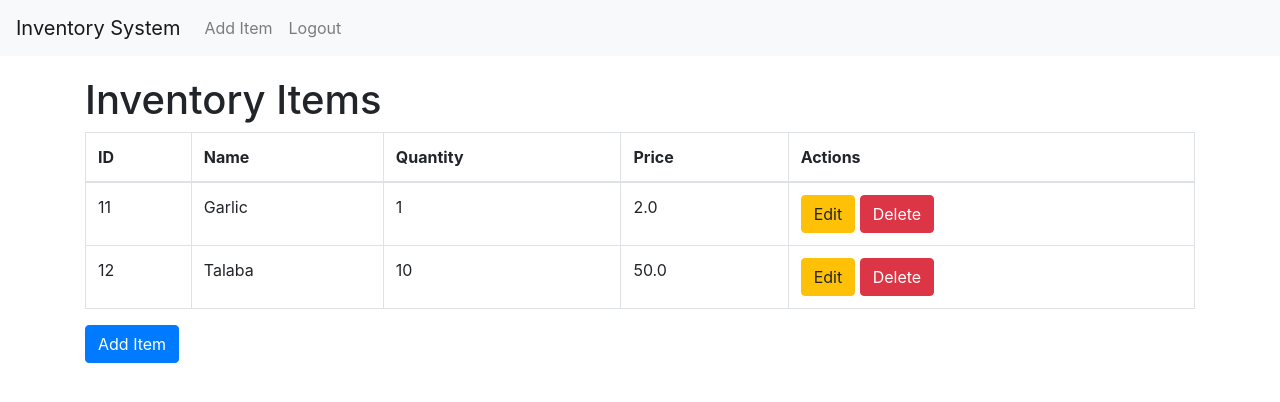
Repository: Stoldark/PLMUN
Page: http://localhost/
An editor plug-in stored every save of this project. The page is shown before and after the next save, followed by the edit.
The browser window is 1280 px wide. The pictures show the whole page.
The page is served by the project's application, run on Flask 3 (tempCodeRunnerFile.py). The user the application loads for id 1 is signed in. The page reads the database file committed with the project.

Above is the page before, as saved 2024-09-22 18:06:25.

### templates/index.html
{% extends "base.html" %}

{% block title %}Inventory Items{% endblock %}

{% block content %}
    <h1>Inventory Items</h1>
    <table class="table table-bordered">
        <thead>
            <tr>
                <th>ID</th>
                <th>Name</th>
                <th>Quantity</th>
                <th>Price</th>
                <th>Actions</th>
            </tr>
        </thead>
        <tbody>
            {% for item in items %}
            <tr>
                <td>{{ item.id }}</td>
                <td>{{ item.name }}</td>
                <td>{{ item.quantity }}</td>
                <td>{{ item.price }}</td>
                <td>
                    <a href="{{ url_for('edit_item', id=item.id) }}" class="btn btn-warning">Edit</a>
                    <form action="{{ url_for('delete_item', id=item.id) }}" method="post" style="display:inline;">
                        <button type="submit" class="btn btn-danger">Delete</button>
                    </form>
                </td>
            </tr>
            {% endfor %}
        </tbody>
    </table>
    <a href="{{ url_for('add_item') }}" class="btn btn-primary">Add Item</a>
{% endblock %}

### templates/base.html
<!DOCTYPE html>
<html lang="en">
<head>
    <meta charset="UTF-8">
    <meta name="viewport" content="width=device-width, initial-scale=1.0">
    <title>{% block title %}My Inventory System{% endblock %}</title>
    <link rel="stylesheet" href="https://maxcdn.bootstrapcdn.com/bootstrap/4.5.2/css/bootstrap.min.css">
    <style>
        body {
            padding-top: 56px;
        }
        .container {
            margin-top: 20px;
        }
    </style>
</head>
<body>
    <nav class="navbar navbar-expand-lg navbar-light bg-light fixed-top">
        <a class="navbar-brand" href="{{ url_for('index') }}">Inventory System</a>
        <div class="collapse navbar-collapse">
            <ul class="navbar-nav mr-auto">
                {% if current_user.is_authenticated %}
                    <li class="nav-item">
                        <a class="nav-link" href="{{ url_for('add_item') }}">Add Item</a>
                    </li>
                    <li class="nav-item">
                        <a class="nav-link" href="{{ url_for('logout') }}">Logout</a>
                    </li>
                {% else %}
                    <li class="nav-item">
                        <a class="nav-link" href="{{ url_for('login') }}">Login</a>
                    </li>
                    <li class="nav-item">
                        <a class="nav-link" href="{{ url_for('register') }}">Register</a>
                    </li>
                {% endif %}
            </ul>
        </div>
    </nav>

    <div class="container">
        {% with messages = get_flashed_messages(with_categories=true) %}
            {% if messages %}
                {% for category, message in messages %}
                    <div class="alert alert-{{ category }}">{{ message }}</div>
                {% endfor %}
            {% endif %}
        {% endwith %}

        {% block content %}{% endblock %}
    </div>

    <script src="https://code.jquery.com/jquery-3.5.1.slim.min.js"></script>
    <script src="https://cdn.jsdelivr.net/npm/@popperjs/core@2.11.6/dist/umd/popper.min.js"></script>
    <script src="https://maxcdn.bootstrapcdn.com/bootstrap/4.5.2/js/bootstrap.min.js"></script>
</body>
</html>

### tempCodeRunnerFile.py
from flask import Flask, render_template, request, redirect, session, url_for, flash, jsonify
from flask_wtf import FlaskForm
from wtforms import StringField, PasswordField, SubmitField
from wtforms.validators import DataRequired, Length
from flask_bcrypt import Bcrypt
from flask_login import LoginManager, UserMixin, login_user, logout_user, login_required, current_user
import sqlite3
import os

# Initialize Flask app
app = Flask(__name__)

# Set the secret key for session management
app.config['SECRET_KEY'] = 'your_secret_key'  # Change this to a secure key

# Initialize extensions
bcrypt = Bcrypt(app)
login_manager = LoginManager(app)
login_manager.login_view = 'login'

# Database connection function
def get_db_connection():
    conn = sqlite3.connect('inventory.db')
    conn.row_factory = sqlite3.Row
    return conn

# User model for Flask-Login
class User(UserMixin):
    def __init__(self, id, username, role):
        self.id = id
        self.username = username
        self.role = role

# User loader for Flask-Login
@login_manager.user_loader
def load_user(user_id):
    conn = get_db_connection()
    user = conn.execute('SELECT * FROM users WHERE id = ?', (user_id,)).fetchone()
    conn.close()
    if user:
        return User(user['id'], user['username'], user['role'])
    return None

# Registration form
class RegistrationForm(FlaskForm):
    username = StringField('Username', validators=[DataRequired(), Length(min=4, max=25)])
    password = PasswordField('Password', validators=[DataRequired(), Length(min=6, max=35)])
    role = StringField('Role', validators=[DataRequired()])
    submit = SubmitField('Register')

# Login form
class LoginForm(FlaskForm):
    username = StringField('Username', validators=[DataRequired()])
    password = PasswordField('Password', validators=[DataRequired()])
    submit = SubmitField('Login')

# Route to show inventory items
@app.route('/')
@login_required
def index():
    conn = get_db_connection()
    items = conn.execute('SELECT * FROM items').fetchall()
    conn.close()
    return render_template('index.html', items=items)

# Route to add an item
@app.route('/add', methods=('GET', 'POST'))
@login_required
def add_item():
    if request.method == 'POST':
        name = request.form['name']
        quantity = request.form['quantity']
        price = request.form['price']

        conn = get_db_connection()
        conn.execute('INSERT INTO items (name, quantity, price) VALUES (?, ?, ?)',
                     (name, quantity, price))
        conn.commit()
        conn.close()

        return redirect('/')
    return render_template('add.html')

# Route to edit an item
@app.route('/edit/<int:id>', methods=('GET', 'POST'))
@login_required
def edit_item(id):
    conn = get_db_connection()
    item = conn.execute('SELECT * FROM items WHERE id = ?', (id,)).fetchone()

    if request.method == 'POST':
        name = request.form['name']
        quantity = request.form['quantity']
        price = request.form['price']
        conn.execute('UPDATE items SET name = ?, quantity = ?, price = ? WHERE id = ?',
                     (name, quantity, price, id))
        conn.commit()
        conn.close()
        return redirect('/')

    conn.close()
    return render_template('edit.html', item=item)

# Route to delete an item
@app.route('/delete/<int:id>', methods=['POST'])
@login_required
def delete_item(id):
    conn = get_db_connection()
    conn.execute('DELETE FROM items WHERE id = ?', (id,))
    conn.commit()
    conn.close()
    return redirect('/')

# Registration route
@app.route('/register', methods=['GET', 'POST'])
def register():
    form = RegistrationForm()
    if form.validate_on_submit():
        username = form.username.data
        password = bcrypt.generate_password_hash(form.password.data).decode('utf-8')
        role = form.role.data

        conn = get_db_connection()
        conn.execute('INSERT INTO users (username, password, role) VALUES (?, ?, ?)',
                     (username, password, role))
        conn.commit()
        conn.close()

        flash('Registration successful! You can now log in.')
        return redirect(url_for('login'))
    return render_template('register.html', form=form)

# Login route
@app.route('/login', methods=['GET', 'POST'])
def login():
    form = LoginForm()
    if form.validate_on_submit():
        username = form.username.data
        password = form.password.data

        conn = get_db_connection()
        user = conn.execute('SELECT * FROM users WHERE username = ?', (username,)).fetchone()
        conn.close()

        if user and bcrypt.check_password_hash(user['password'], password):
            login_user(User(user['id'], user['username'], user['role']))
            return redirect('/')
        else:
            flash('Login Unsuccessful. Please check your username and password', 'danger')

    return render_template('login.html', form=form)

# Logout route
@app.route('/logout')
@login_required
def logout():
    logout_user()
    return redirect(url_for('index'))

# API Endpoint to get inventory items
@app.route('/api/items', methods=['GET'])
@login_required
def api_get_items():
    conn = get_db_connection()
    items = conn.execute('SELECT * FROM items').fetchall()
    conn.close()
    return jsonify([dict(item) for item in items])

# API Endpoint to add an item
@app.route('/api/items', methods=['POST'])
@login_required
def api_add_item():
    data = request.get_json()
    name = data.get('name')
    quantity = data.get('quantity')
    price = data.get('price')

    conn = get_db_connection()
    conn.execute('INSERT INTO items (name, quantity, price) VALUES (?, ?, ?)',
                 (name, quantity, price))
    conn.commit()
    conn.close()

    return jsonify({'message': 'Item added successfully'}), 201

# API Endpoint to update an item
@app.route('/api/items/<int:id>', methods=['PUT'])
@login_required
def api_update_item(id):
    data = request.get_json()
    name = data.get('name')
    quantity = data.get('quantity')
    price = data.get('price')

    conn = get_db_connection()
    conn.execute('UPDATE items SET name = ?, quantity = ?, price = ? WHERE id = ?',
                 (name, quantity, price, id))
    conn.commit()
    conn.close()

    return jsonify({'message': 'Item updated successfully'})

# API Endpoint to delete an item
@app.route('/api/items/<int:id>', methods=['DELETE'])
@login_required
def api_delete_item(id):
    conn = get_db_connection()
    conn.execute('DELETE FROM items WHERE id = ?', (id,))
    conn.commit()
    conn.close()

    return jsonify({'message': 'Item deleted successfully'})

# Run the app
if __name__ == "__main__":
    port = int(os.environ.get("PORT", 10000))  # Use PORT environment variable or default to 10000
    app.run(host="0.0.0.0", port=port, debug=True)

### inventory.db (the tables this page reads, as SQL)
CREATE TABLE items (
        id INTEGER PRIMARY KEY AUTOINCREMENT,
        name TEXT NOT NULL,
        quantity INTEGER NOT NULL,
        price REAL NOT NULL
    );
INSERT INTO "items" VALUES
(11, 'Garlic', 1, 2.0),
(12, 'Talaba', 10, 50.0);

CREATE TABLE users (
        id INTEGER PRIMARY KEY AUTOINCREMENT,
        username TEXT NOT NULL UNIQUE,
        password TEXT NOT NULL,
        role TEXT NOT NULL
    );
INSERT INTO "users" VALUES
(1, 'Stoldark', '$2b$12$i0Mqa5cea8pBbFSinmIz..4VJgBXWnnDkYt3rAqvmVrgWCwBsXl4O', 'Admin'),
(2, 'Eric', '$2b$12$5BeYiRheo2DNLGpAIdDfIu/9jeemr9oTFF9FkywKS857V6zqEPPLe', 'Admin'),
(3, 'Kalbo', '$2b$12$T4oBcnexPmFyclvAoOqXEOpTToENOdoxSlpFfb4sIZypqMPj9xq5a', 'Tester'),
(4, 'Panot', '$2b$12$c2CZ9X/TyyBEVZsK3EdareqkeAU/5fhJbGQMReyKLPc/TcnwLLZCS', 'Tester');

After the next save:
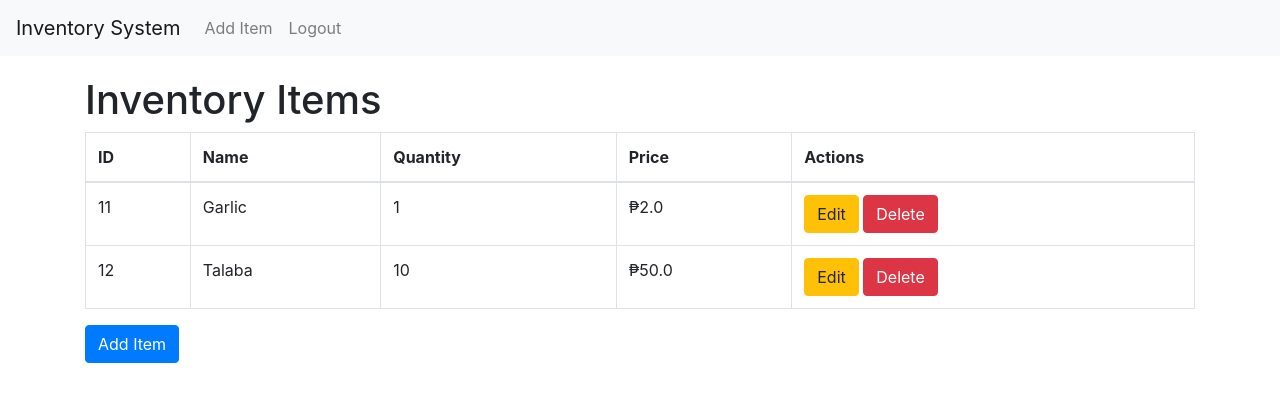
Saved 15 min 2 s later.
--- a/templates/index.html
+++ b/templates/index.html
@@ -20,7 +20,7 @@
                 <td>{{ item.id }}</td>
                 <td>{{ item.name }}</td>
                 <td>{{ item.quantity }}</td>
-                <td>{{ item.price }}</td>
+                <td>₱{{ item.price }}</td>
                 <td>
                     <a href="{{ url_for('edit_item', id=item.id) }}" class="btn btn-warning">Edit</a>
                     <form action="{{ url_for('delete_item', id=item.id) }}" method="post" style="display:inline;">
